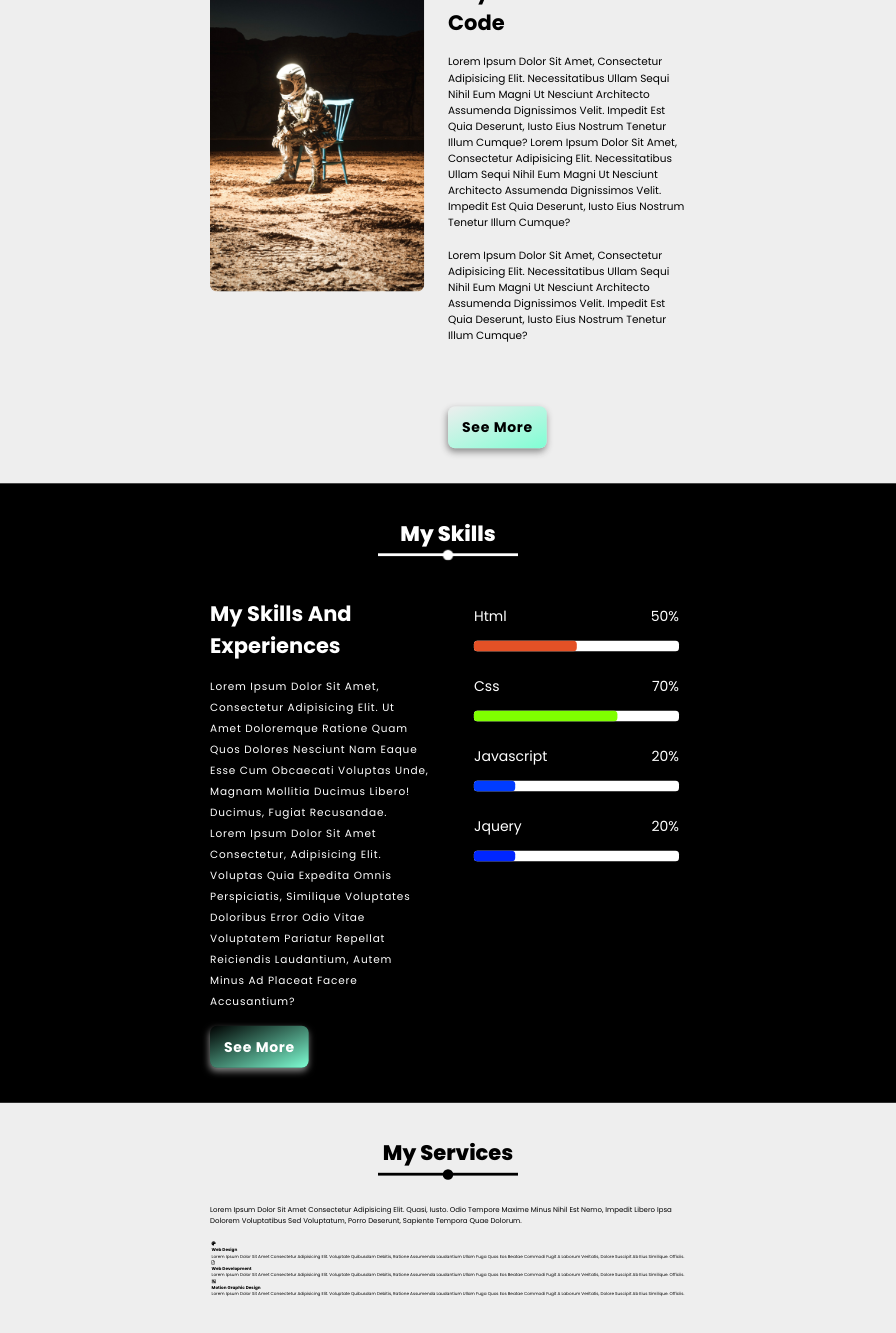
Repository: Pinocoding/New
Page: index.html
An editor plug-in stored every save of this project. The page is shown before and after the next save, followed by the edit.
The browser window is 1280 px wide. The pictures show the part of the page from y = 918 to 2838 px (the page is 2822 px tall before and 2838 px after), at 70% of full size.
Backgrounds fixed to the window are drawn as part of the page.

Above is the page before, as saved 2021-10-13 23:12:45.

### index.html
<!DOCTYPE html>
<html lang="en">
<head>
  <meta charset="UTF-8">
  <meta http-equiv="X-UA-Compatible" content="IE=edge">
  <meta name="viewport" content="width=device-width, initial-scale=1.0">
  <title>Document</title>
  <link rel="stylesheet" href="style.css">
  <link rel="stylesheet" href="https://cdnjs.cloudflare.com/ajax/libs/font-awesome/6.0.0-beta2/css/all.min.css" integrity="sha512-YWzhKL2whUzgiheMoBFwW8CKV4qpHQAEuvilg9FAn5VJUDwKZZxkJNuGM4XkWuk94WCrrwslk8yWNGmY1EduTA==" crossorigin="anonymous" referrerpolicy="no-referrer" />


</head>
<body>
  <!-- header -->
  <header>
    <a href="#main" class="brand">Pino</a>
    <div class="navigation">
        <a href="#main">home</a>
        <a href="#about">About</a>
        <a href="#skills">Skills</a>
        <a href="#services">Services</a>
        <a href="#contact">Contact</a>
    </div>
  </header>
  <!--  -->
  <!-- section main  -->
  <section class="main">
    <div class="layout"></div>
    <div class="content">
    <h2>hello, I'm<br><span>Pino-code</span></h2>
    <div class="animated-text">
      <h3>FE developer</h3>
      <h3>Best Yasuo TT 7</h3>
      <h3>Best NoVo CS GO</h3>
    </div>
    <a href="#about" class="btn">see my work</a>
    <div class="media-icon">
      <a href="#"><i class="fab fa-facebook-square"></i></a>
      <a href="#"><i class="fab fa-instagram-square"></i></a>
      <a href="#"><i class="fab fa-twitter-square"></i></a>
      <a href="#"><i class="fab fa-youtube-square"></i></a>
    </div>
  </div>

  </section>
  <!--  -->
  <!-- section about -->
  <section class="about" id="about">
    <!-- title -->
    <div class="title">
      <h2 class="section-title">
        about me
      </h2>
    </div>
    <!--  -->
    <!-- content -->
    <div class="content">
      <div class="column col-left">
        <div class="img-card">
          <img src="/img/002.jpg" alt="">
        </div>
      </div>
      <div class="column col-right">
        <h2 class="content-title">Hey there! i'm pino-code</h2>
        <p>Lorem ipsum dolor sit amet, consectetur adipisicing elit. Necessitatibus ullam sequi nihil eum magni ut nesciunt architecto assumenda dignissimos velit. Impedit est quia deserunt, iusto eius nostrum tenetur illum cumque?
          Lorem ipsum dolor sit amet, consectetur adipisicing elit. Necessitatibus ullam sequi nihil eum magni ut nesciunt architecto assumenda dignissimos velit. Impedit est quia deserunt, iusto eius nostrum tenetur illum cumque?
          <br>
          <br>
          Lorem ipsum dolor sit amet, consectetur adipisicing elit. Necessitatibus ullam sequi nihil eum magni ut nesciunt architecto assumenda dignissimos velit. Impedit est quia deserunt, iusto eius nostrum tenetur illum cumque?
        </p>
        <a href="#about" class="btn">See more</a>
      </div>
    </div>
      <!--  -->


    </section>
    <!--  -->
    <!-- section skills -->
    <section class="skills" id="skills">
      <div class="title">
        <h2 class="section-title">
          my skills
        </h2>
      </div>
      <div class="content">
        <div class="column col-left">
          <h2 class="content-title">
            my skills and experiences</h2>
            <p>Lorem ipsum dolor sit amet, consectetur adipisicing elit. Ut amet doloremque ratione quam quos dolores nesciunt nam eaque esse cum obcaecati voluptas unde, magnam mollitia ducimus libero! Ducimus, fugiat recusandae.<br>
            Lorem ipsum dolor sit amet consectetur, adipisicing elit. Voluptas quia expedita omnis perspiciatis, similique voluptates doloribus error odio vitae voluptatem pariatur repellat reiciendis laudantium, autem minus ad placeat facere accusantium?</be></p>
            <a href="#" class="btn">see more</a>
        </div>

      <div class="column col-right">
        <div class="bar">
          <div class="infor">
            <span>html</span>
            <span>50%</span>
          </div>
          <div class="line html"></div>
        </div>
        <div class="bar">
          <div class="infor">
            <span>css</span>
            <span>70%</span>
          </div>
          <div class="line css"></div>
        </div>
        <div class="bar">
          <div class="infor">
            <span>javascript</span>
            <span>20%</span>
          </div>
          <div class="line javascript"></div>
        </div>
        <div class="bar">
          <div class="infor">
            <span>jquery</span>
            <span>20%</span>
          </div>
          <div class="line jquery"></div>
        </div>
      </div>

      </div>
    </section>
    <!--  -->
    <!-- section services -->
<section class="services" id="services">
  <div class="title">
    <h2 class="section-title">
      my services
    </h2>
    <p>Lorem ipsum dolor sit amet consectetur adipisicing elit. Quasi, iusto. Odio tempore maxime minus nihil est nemo, impedit libero ipsa dolorem voluptatibus sed voluptatum, porro deserunt, sapiente tempora quae dolorum.</p>
  </div>
  <div class="content">
    <div class="card">
      <div class="service-icon">
        <i class='fas fa-palette'></i>
      </div>
      <div class="infor">
        <h3>web design</h3>
        <p>Lorem ipsum dolor sit amet consectetur adipisicing elit. Voluptate quibusdam debitis, ratione assumenda laudantium ullam fuga quos eos beatae commodi fugit a laborum veritatis, dolore suscipit ab eius similique. Officiis.</p>
      </div>

    </div>
    <div class="card">
      <div class="service-icon">
        <i class='far fa-file-code'></i>
      </div>
      <div class="infor">
        <h3>web development</h3>
        <p>Lorem ipsum dolor sit amet consectetur adipisicing elit. Voluptate quibusdam debitis, ratione assumenda laudantium ullam fuga quos eos beatae commodi fugit a laborum veritatis, dolore suscipit ab eius similique. Officiis.</p>
      </div>

    </div>
    <div class="card">
      <div class="service-icon">
        <i class='far fa-object-group'></i>
      </div>
      <div class="infor">
        <h3>motion graphic design</h3>
        <p>Lorem ipsum dolor sit amet consectetur adipisicing elit. Voluptate quibusdam debitis, ratione assumenda laudantium ullam fuga quos eos beatae commodi fugit a laborum veritatis, dolore suscipit ab eius similique. Officiis.</p>
      </div>

    </div>
  </div>


</section>
<!--  -->

  <script
  src="https://code.jquery.com/jquery-3.6.0.js"
  integrity="sha256-H+K7U5CnXl1h5ywQfKtSj8PCmoN9aaq30gDh27Xc0jk="
  crossorigin="anonymous"></script>
  <script src="function.js"></script>
</body>
</html>

### style.css
@import url("https://fonts.googleapis.com/css2?family=Poppins:wght@300;400;500;700;800&display=swap");
* {
  font-size: 62.5%;
  font-family: "Poppins", sans-serif;
  margin: 0;
  padding: 0;
  box-sizing: border-box;
  text-transform: capitalize;
}
body {
  min-height: 110vh;
  background: #eee;
}
/* for header */
header {
  position: fixed;
  z-index: 99;
  background: rgb(0, 0, 0);
  top: 0;
  left: 0;
  width: 100%;
  padding: 2rem 5rem;
  display: flex;
  justify-content: space-between;
  align-items: center;
}
/* hover navigation */
header .navigation a:hover {
  color: aquamarine;
}
/*header sticky */
header.sticky {
  background: rgba(0, 0, 0, 0.26);
}
/*  */
header .brand {
  text-decoration: none;
  font-size: 2rem;
  color: white;
}
header .navigation a {
  font-size: 1.5rem;
  text-decoration: none;
  color: white;
  padding: 0 1rem;
}
/*  */
section {
  padding: 5rem 30rem;
}
/* for banner */
.main {
  position: relative;
  width: 100%;
  min-height: 100vh;
  display: flex;
  align-items: center;
  background: url("/img/0.jpg") no-repeat;
  background-size: cover;
  background-position: center;
  background-attachment: fixed;
  z-index: 1;
}
.main .layout {
  position: absolute;
  top: 0;
  left: 0;
  width: 100%;
  height: 100%;
  background: black;
  opacity: 0.3;
  z-index: -1;
}
.main .content {
  max-width: 100rem;
}
.main .content h2 {
  margin-bottom: 5rem;
  color: white;
  font-size: 2rem;
  font-weight: 500;
  line-height: 5rem;
}
.main .content h2 span {
  font-size: 3rem;
}

.animated-text {
  position: relative;
  height: 6rem;
  overflow: hidden;
}
.animated-text h3 {
  color: aquamarine;
  font-size: 4rem;
  font-weight: 700;
  line-height: 60px;
  letter-spacing: 1px;
}
/* animated text for h3 */
.animated-text h3:nth-child(1) {
  animation: text-move 7s infinite;
}
@keyframes text-move {
  0% {
    margin-top: 0;
  }
  25% {
    margin-top: -60px;
  }
  50% {
    margin-top: -120px;
  }
  100% {
    margin-top: 0;
  }
}
/*  */
.main .btn {
  margin-top: 10rem;
  color: white;
  background: linear-gradient(to top left, aquamarine, transparent);
  font-size: 2rem;
  font-weight: 700;
  display: inline-block;
  padding: 10px 10px;
  text-decoration: uppercase;
  text-decoration: none;
  letter-spacing: 1px;
  border-radius: 10px;
  box-shadow: -1px 5px 10px #888888;
  transition: 0.5s ease;
}
.btn:hover {
  transform: scale(1.1);
}

.media-icon {
  margin-top: 10rem;
}
.media-icon a {
  color: white;
  font-size: 5rem;
  margin-right: 1rem;
  transition-property: transform, color;
  transition: 0.2s;
}
.media-icon a:hover i {
  color: aquamarine;
  transform: translateY(-2px);
  transition: 0.2s;
}
/*  */
/* for section about  */
.title {
  width: 100%;
  display: flex;
  justify-content: center;
  align-items: center;
  flex-direction: column;
}
/* gach dưới , chấm */
.section-title {
  text-transform: capitalize;
  position: relative;
  color: black;
  font-size: 3rem;
  font-weight: 800;
  margin-bottom: 5rem;
}
.section-title:after {
  content: "";
  position: absolute;
  top: 50px;
  left: 50%;
  width: 20rem;
  height: 4px;
  transform: translateX(-50%);
  background: currentColor;
}
.section-title::before {
  content: "";
  position: absolute;
  top: 45px;
  left: 50%;
  /* padding: 2rem 2rem; */
  width: 15px;
  height: 15px;
  border-radius: 50%;
  background: black;
  /* background: #eee; */
  z-index: 99;
  transform: translate(-50%);
}

/*  */
/*  content */
.about .content {
  position: relative;
  width: 100%;
  display: flex;
  justify-content: space-between;
  margin-top: 2rem;
}
/* content > col-left */
.about .content .col-left {
  position: relative;
  width: 45%;
}
.about .content .col-left .img-card {
  position: relative;
  width: 100%;
  min-height: 45rem;
}
.about .content .col-left .img-card img {
  position: absolute;
  top: 0;
  left: 0;
  width: 100%;
  height: 100%;
  object-fit: cover;
  border-radius: 10px;
}
/* content > col-right */
.about .content .col-right {
  width: 50%;
  position: relative;
}
.content-title {
  font-size: 3rem;
  margin-bottom: 2rem;
}
.about .content .col-right p {
  font-size: 1.5rem;
}
.column .btn {
  margin-top: 9rem;
  color: black;
  background: linear-gradient(to top left, aquamarine, transparent);
  font-size: 2rem;
  font-weight: 700;
  display: inline-block;
  padding: 15px 20px;
  text-decoration: uppercase;
  text-decoration: none;
  letter-spacing: 1px;
  border-radius: 10px;
  box-shadow: -1px 5px 10px #888888;
  transition: 0.5s ease;
}
.btn:hover {
  transform: scale(1.1);
}
/*  */
/* skills */
.skills {
  background: black;
}
.skills .section-title {
  color: white;
}

.skills .section-title::before {
  background: currentColor;
}
.skills .content {
  position: relative;
  width: 100%;
  display: flex;
  justify-content: space-between;
  color: white;
  margin-top: 2rem;
}
/* skills => col-left */
.skills .content .col-left {
  position: relative;
  width: 46%;
}
/*  */
/* skills => col-right */
.skills .content .col-right {
  position: relative;
  width: 46%;
}
.skills .content .col-right .bar {
  margin-bottom: 15px;
  padding: 10px;
}
.skills .content .col-right .bar .infor {
  display: flex;
  align-items: center;
  justify-content: space-between;
  margin-bottom: 2rem;
}

.skills .content .col-right .bar .infor span {
  font-size: 2rem;
}
/* thanh % */
.skills .content .col-right .bar .line {
  position: relative;
  width: 100%;
  height: 15px;
  border-radius: 5px;
  background: white;
}
.skills .content .col-right .bar .line::before {
  content: "";
  position: absolute;
  top: 0;
  left: 0;

  height: 100%;
  /* background-color: rgb(42, 40, 136); */
  border-radius: 5px;
}
.skills .content .col-right .bar .html::before {
  width: 50%;
  background: #e45126;
}
.skills .content .col-right .bar .css::before {
  width: 70%;
  background-color: chartreuse;
}
.skills .content .col-right .bar .javascript::before {
  width: 20%;
  background-color: rgb(0, 60, 255);
}
.skills .content .col-right .bar .jquery::before {
  width: 20%;
  background-color: rgb(0, 38, 255);
}

/*  */
.skills p {
  font-size: 1.5rem;
  line-height: 3rem;
  letter-spacing: 1.2px;
}
.skills .content .btn {
  margin-top: 2rem;
  color: white;

  background: linear-gradient(to top left, aquamarine, transparent);
  font-size: 2rem;
  font-weight: 700;
  display: inline-block;
  padding: 15px 20px;
  text-decoration: uppercase;

  letter-spacing: 1px;
  border-radius: 10px;

  transition: 0.5s ease;
}
.btn:hover {
  transform: scale(1.1);
}
/*  */
/* for services */
.services .content {
  display: flex;
  justify-content: center;
  flex-wrap: wrap;
  flex-direction: row;
  margin-top: 20px;
}
.title p {
  font-size: 1rem;
}
/*  */

### function.js
// js for navication bar on scroll
window.addEventListener("scroll", function () {
  const header = document.querySelector("header");
  header.classList.toggle("sticky", window.scrollY > 0);
});

After the next save:
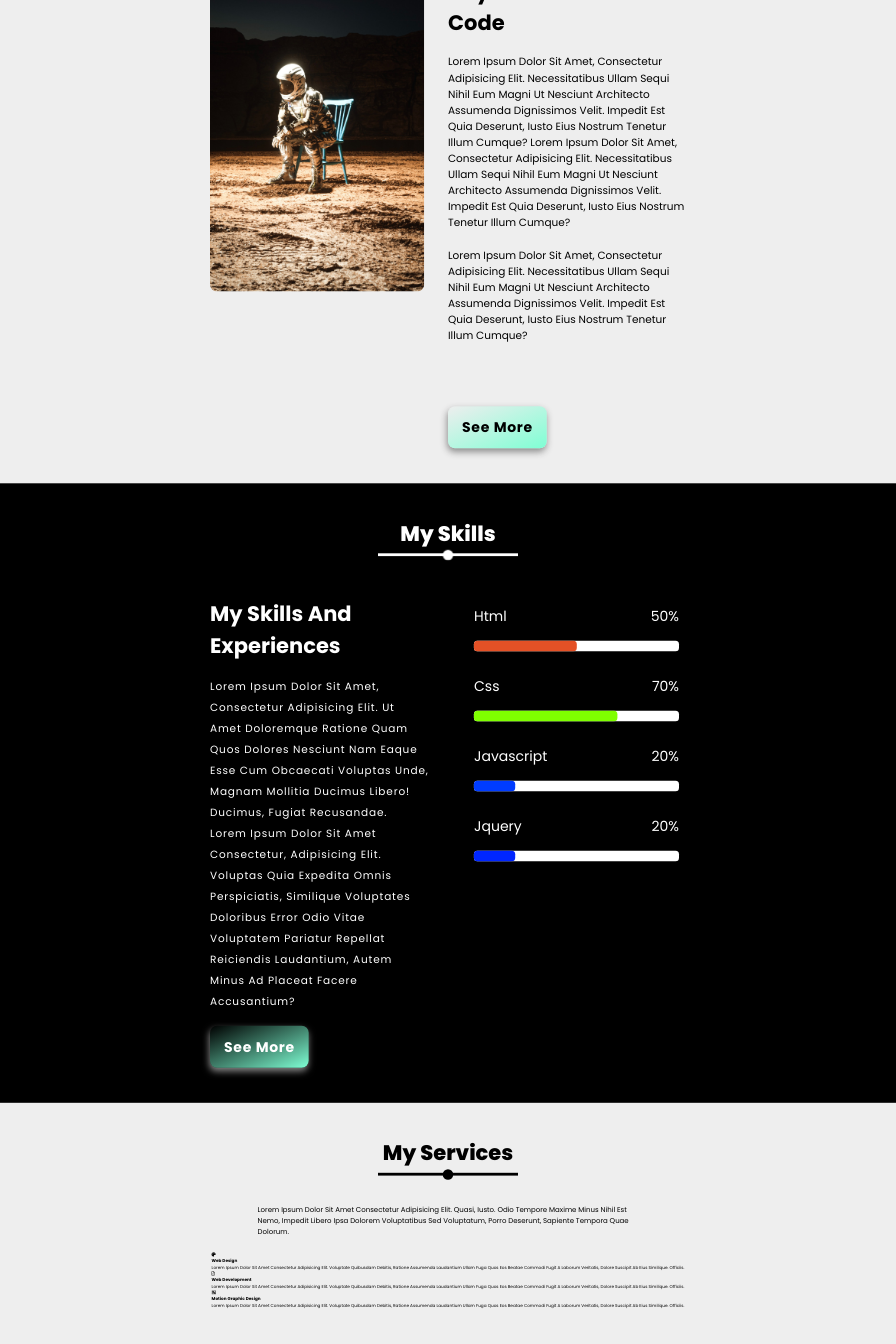
Saved 32 s later.
--- a/style.css
+++ b/style.css
@@ -367,5 +367,6 @@ section {
 }
 .title p {
   font-size: 1rem;
-}
-/*  */
+  width: 80%;
+}
+/*  */
